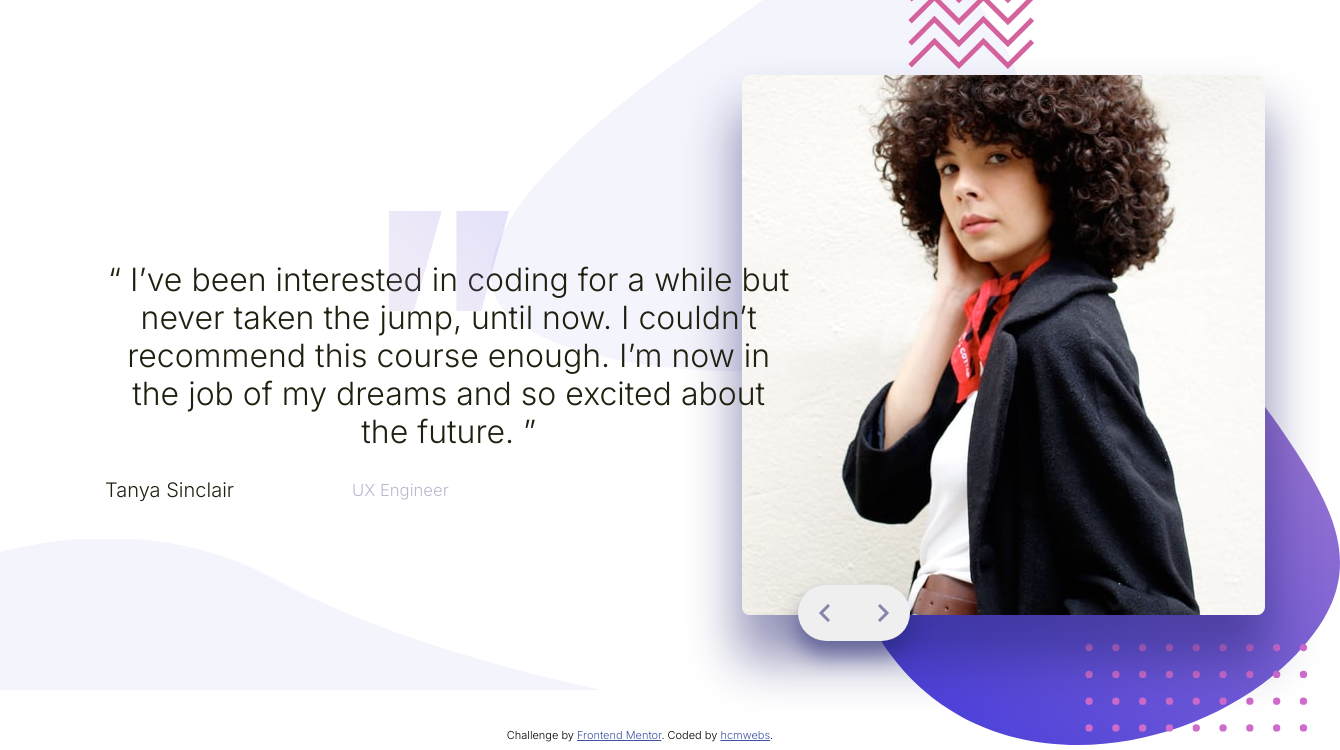
Repository: Hcmwebs/Coding-Bootcamp-Testimonials
Page: index.html
An editor plug-in stored every save of this project. The page is shown before and after a run of saves, followed by the edit.
The browser window is 1280 px wide. The page is 1340 px wide, so the pictures cover 1340 px, including what lies to the right of the window. The pictures show the whole page.
The style sheet was rebuilt from its Sass, Less or Tailwind sources for each picture, by a compiler version that may differ from the author's.

Above is the page before, as saved 2020-11-01 08:39:13.

After the next 2 saves:
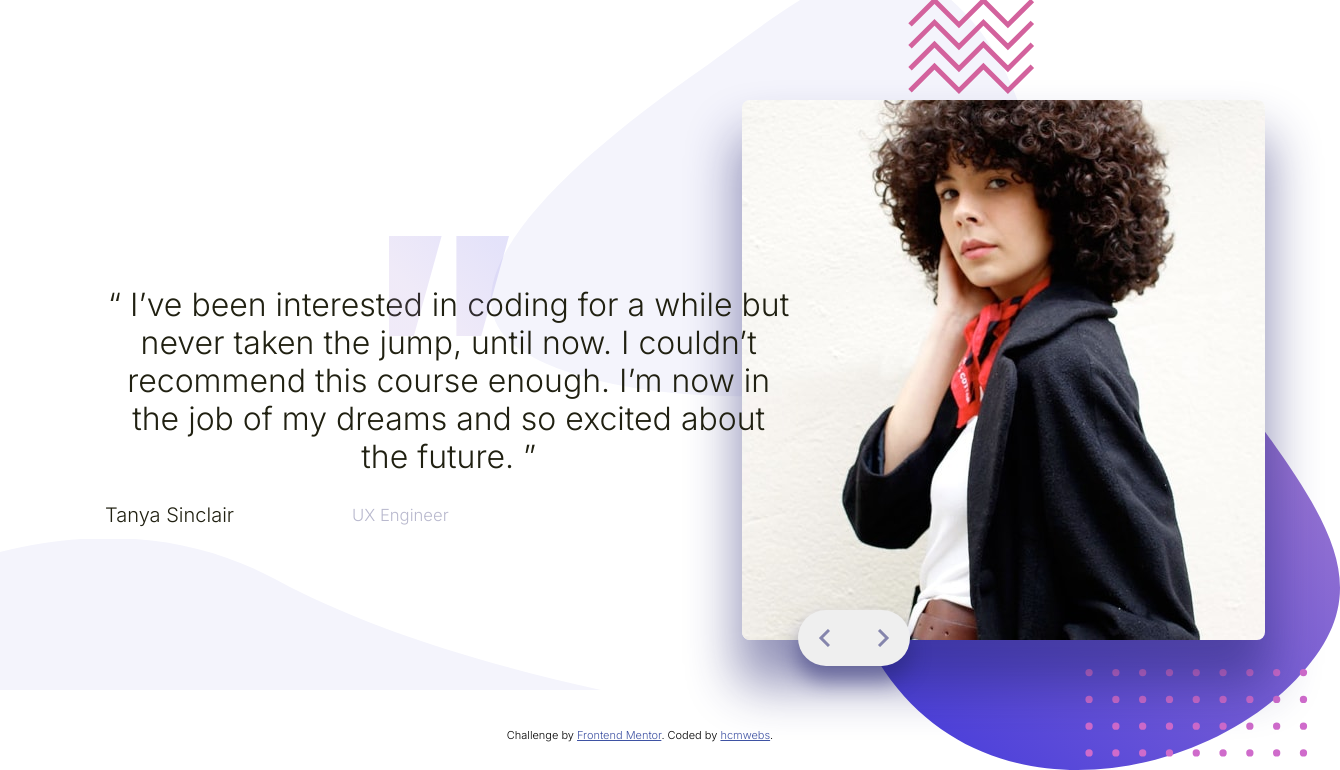
The 2 saves are shown as one change because 1 did not build or start.
The last was saved 28 s later.
--- a/scss/main.scss
+++ b/scss/main.scss
@@ -65,7 +65,7 @@
   .card{
   width: 375px;
   height: 667px;
-  margin: 50px 0;
+  margin-top: 50px;
   padding: 30px;
   @include flexSpaceBetween;
   flex-direction: column;

After the save that followed:
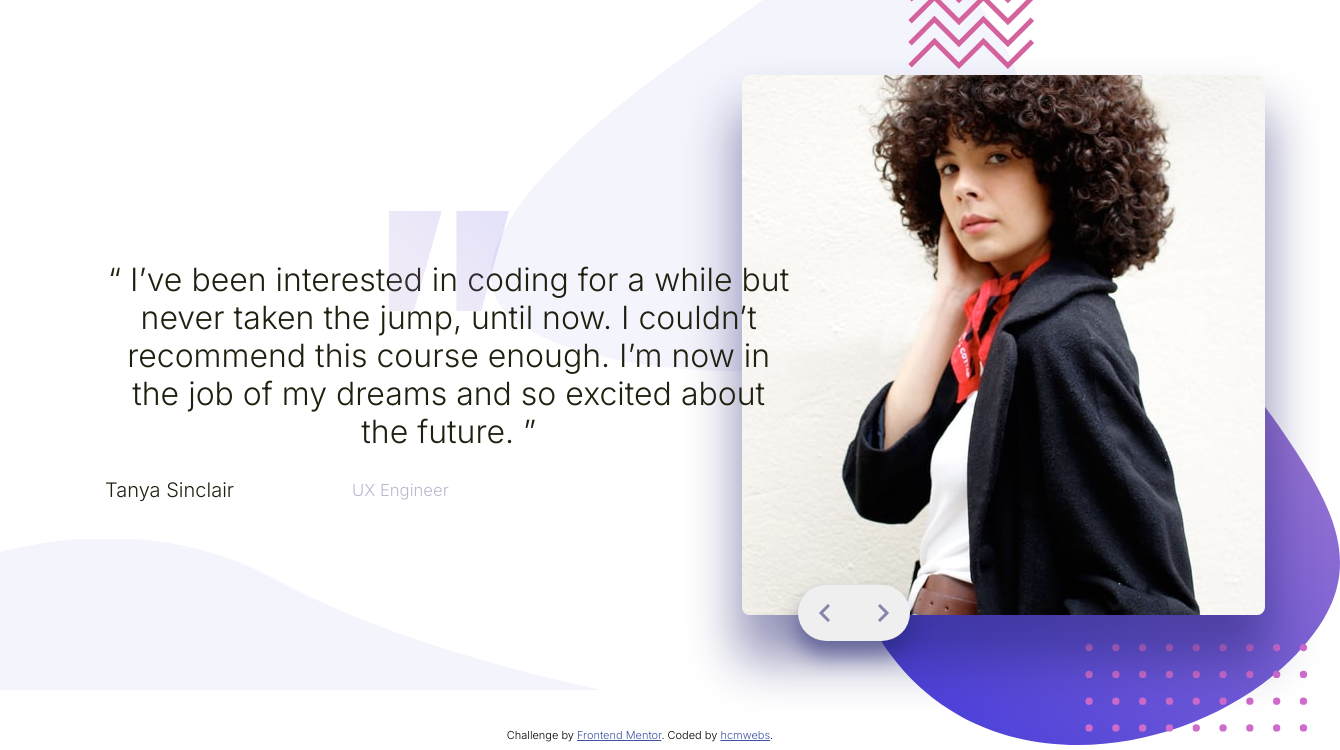
Saved 62 s later.
--- a/scss/main.scss
+++ b/scss/main.scss
@@ -65,7 +65,6 @@
   .card{
   width: 375px;
   height: 667px;
-  margin-top: 50px;
   padding: 30px;
   @include flexSpaceBetween;
   flex-direction: column;
